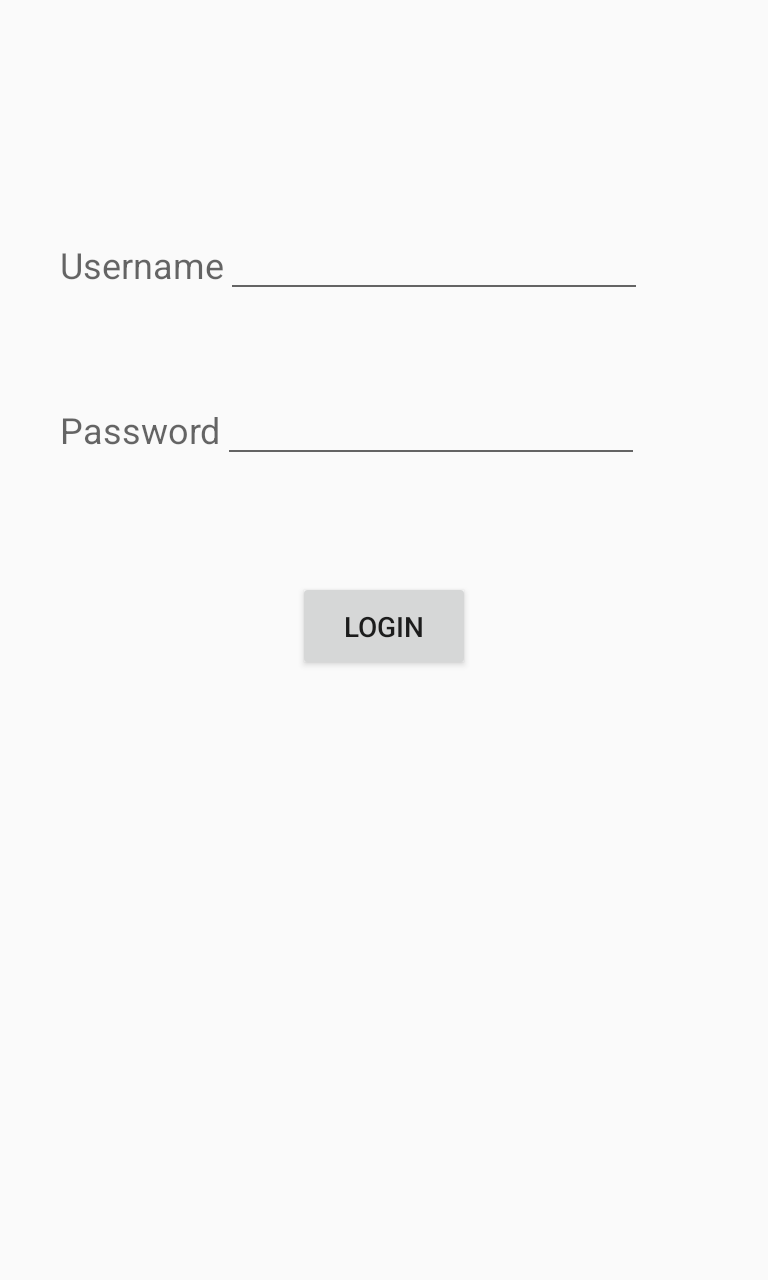
Repository: shuktika12163/ReWise
Layout: ReWise/res/layout/activity_instr_login.xml
These files come from the project's save history. The layout is drawn as it stood at one moment and after the next save; the edit follows.
It is drawn on a 768 x 1280 px phone screen (xhdpi) without system bars, with theme AppTheme; the app's code is not run.

Above is the layout before, as saved 2014-10-29 14:21:52.

### ReWise/res/layout/activity_instr_login.xml
<RelativeLayout xmlns:android="http://schemas.android.com/apk/res/android"
    xmlns:tools="http://schemas.android.com/tools"
    android:layout_width="match_parent"
    android:layout_height="match_parent"
    android:paddingBottom="@dimen/activity_vertical_margin"
    android:paddingLeft="@dimen/activity_horizontal_margin"
    android:paddingRight="@dimen/activity_horizontal_margin"
    android:paddingTop="@dimen/activity_vertical_margin"
    tools:context="com.example.rewise.InstrLoginActivity" >

    <TextView
        android:id="@+id/tv_password"
        android:layout_width="wrap_content"
        android:layout_height="wrap_content"
        android:layout_alignLeft="@+id/tv_username"
        android:layout_below="@+id/tv_username"
        android:layout_marginTop="58dp"
        android:text="Password"
        android:textAppearance="?android:attr/textAppearanceMedium" />

    <EditText
        android:id="@+id/et_password"
        android:layout_width="wrap_content"
        android:layout_height="wrap_content"
        android:layout_alignBaseline="@+id/tv_password"
        android:layout_alignBottom="@+id/tv_password"
        android:layout_toRightOf="@+id/tv_password"
        android:ems="10"
        android:inputType="textPassword" />

    <TextView
        android:id="@+id/tv_username"
        android:layout_width="wrap_content"
        android:layout_height="wrap_content"
        android:layout_alignParentLeft="true"
        android:layout_alignParentTop="true"
        android:layout_marginLeft="14dp"
        android:layout_marginTop="104dp"
        android:text="Username"
        android:textAppearance="?android:attr/textAppearanceMedium" />

    <EditText
        android:id="@+id/et_username"
        android:layout_width="wrap_content"
        android:layout_height="wrap_content"
        android:layout_alignBaseline="@+id/tv_username"
        android:layout_alignBottom="@+id/tv_username"
        android:layout_toRightOf="@+id/tv_username"
        android:ems="10"
        android:inputType="textEmailAddress" />

    <Button
        android:id="@+id/btn_login"
        android:layout_width="wrap_content"
        android:layout_height="wrap_content"
        android:layout_below="@+id/et_password"
        android:layout_centerHorizontal="true"
        android:layout_marginTop="55dp"
        android:text="Login" />

</RelativeLayout>

Loaded but not shown: ReWise/res/values/styles.xml (common file); ReWise/res/values-v11/styles.xml (common file); ReWise/res/values-v14/styles.xml (common file); ReWise/res/values/dimens.xml (common file); ReWise/res/values-w820dp/dimens.xml (common file)

After the next save:
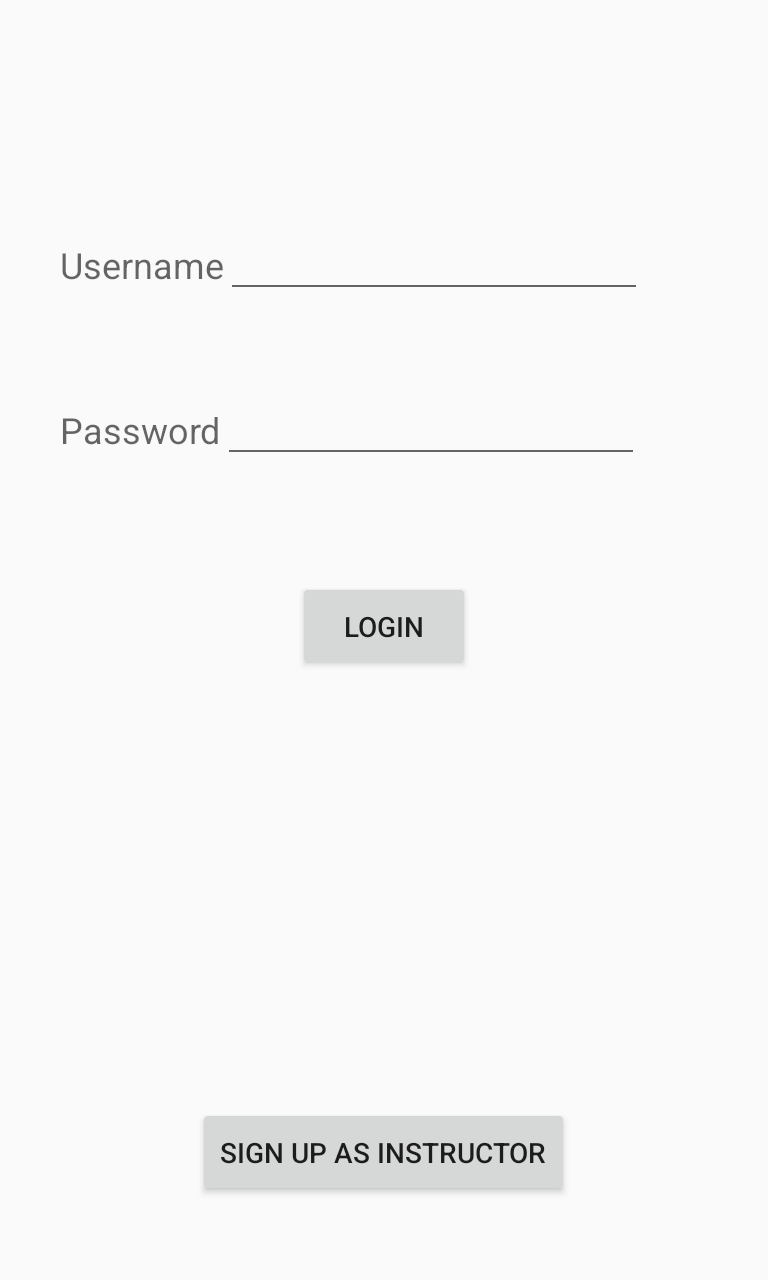
Saved 31 s later.
--- a/ReWise/res/layout/activity_instr_login.xml
+++ b/ReWise/res/layout/activity_instr_login.xml
@@ -58,4 +58,13 @@
         android:layout_marginTop="55dp"
         android:text="Login" />
 
+    <Button
+        android:id="@+id/btn_signup"
+        android:layout_width="wrap_content"
+        android:layout_height="wrap_content"
+        android:layout_alignParentBottom="true"
+        android:layout_centerHorizontal="true"
+        android:layout_marginBottom="24dp"
+        android:text="Sign Up as Instructor" />
+
 </RelativeLayout>
